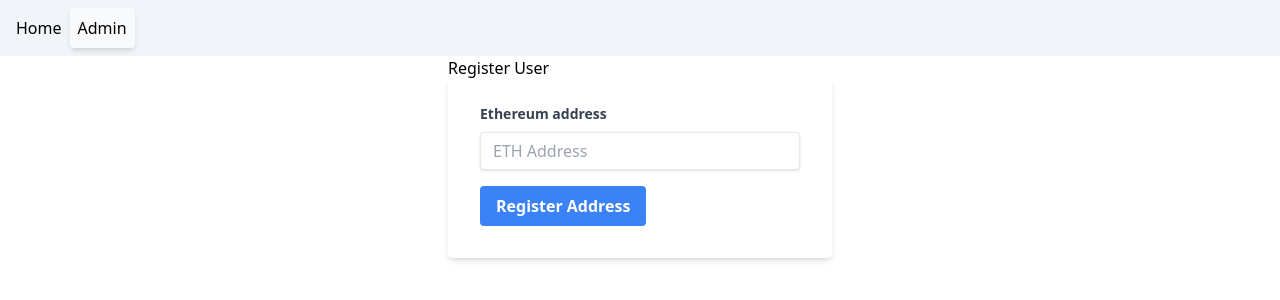
Repository: mavidev93/votting-app
Page: /admin
The author's editor kept a copy of each file at every save. The page is drawn from the files as they stood at one save, then again after the next save.
The browser window is 1280 px wide. The pictures show the whole page.
The project was rebuilt for these pictures with package versions that can differ from the ones it lists, and the page was loaded fresh each time. Also part of the build but not shown: src/Components/ProposalsBoard/ProposalsBoard.tsx, src/Components/SendProposal/SendProposal.tsx, src/pages/Home/Home.tsx.

Above is the page before, as saved 2022-02-26 18:20:47.

After the next save:
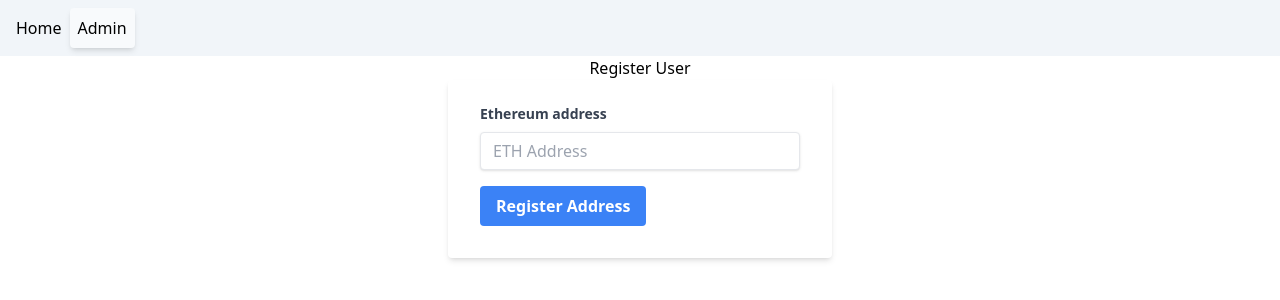
Saved 4 s later.
--- a/src/Components/RegisterUser/RegisterUser.tsx
+++ b/src/Components/RegisterUser/RegisterUser.tsx
@@ -49,7 +49,7 @@ function RegisterUser() {
   return (
     <div>
       <div className="w-64 md:w-64 lg:w-96 mx-auto">
-        <h2 className="text-cent">Register User</h2>
+        <h2 className="text-center">Register User</h2>
         <form
           onSubmit={handleRegister}
           className="bg-white shadow-md rounded px-8 pt-6 pb-8 mb-4"
